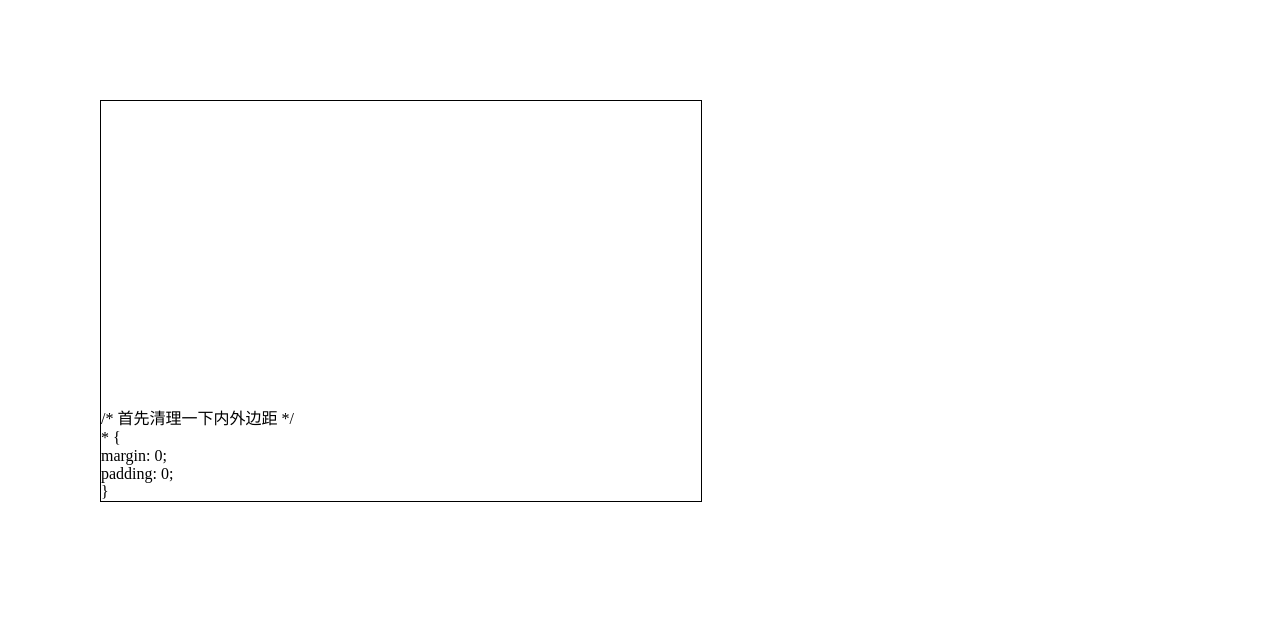
Repository: ScarApocalypse/study
Page: 一些想法/test.html
These files come from the project's save history. The page is drawn as it stood at one moment and after the next save; the edit follows.
The browser window is 1280 px wide. The pictures show the whole page.

Above is the page before, as saved 2019-08-02 17:08:27.

After the next save:
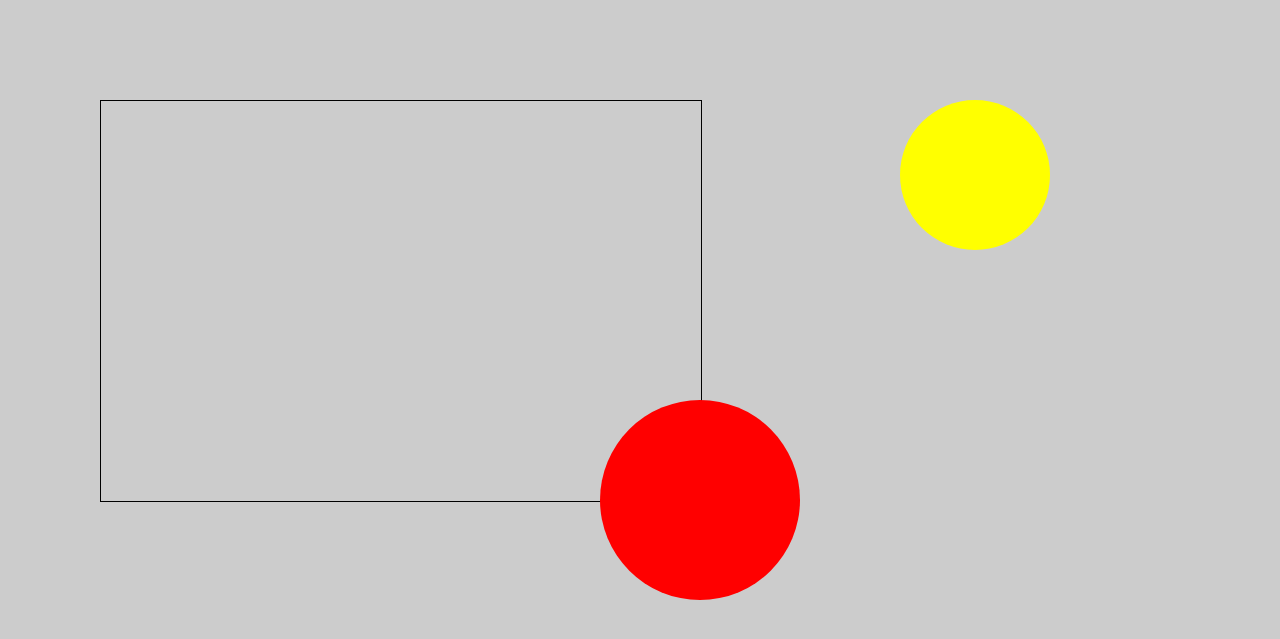
Console error: SyntaxError: missing ) after argument list
Saved 44 s later.
--- a/一些想法/test.html
+++ b/一些想法/test.html
@@ -160,12 +160,12 @@
                 // if ((str[strIndex + 15] != '}') && (str[strIndex + 15] != '.') && (str[strIndex + 15] != '/')) {
                 //     showStr += '&nbsp;&nbsp;&nbsp;&nbsp;&nbsp;'
                 // }
-                var newIndex = strIndex + 1;
-                while (1) {
-                    console.log(showStr[newIndex]);
-                    if (showStr[newIndex]) {
-                        break;
-                    }
+                // var newIndex = strIndex + 1;
+                // while (1) {
+                //     console.log(showStr[newIndex]);
+                //     if (showStr[newIndex]) {
+                //         break;
+                //     }
                 }
 
 

After the 4 saves that followed:
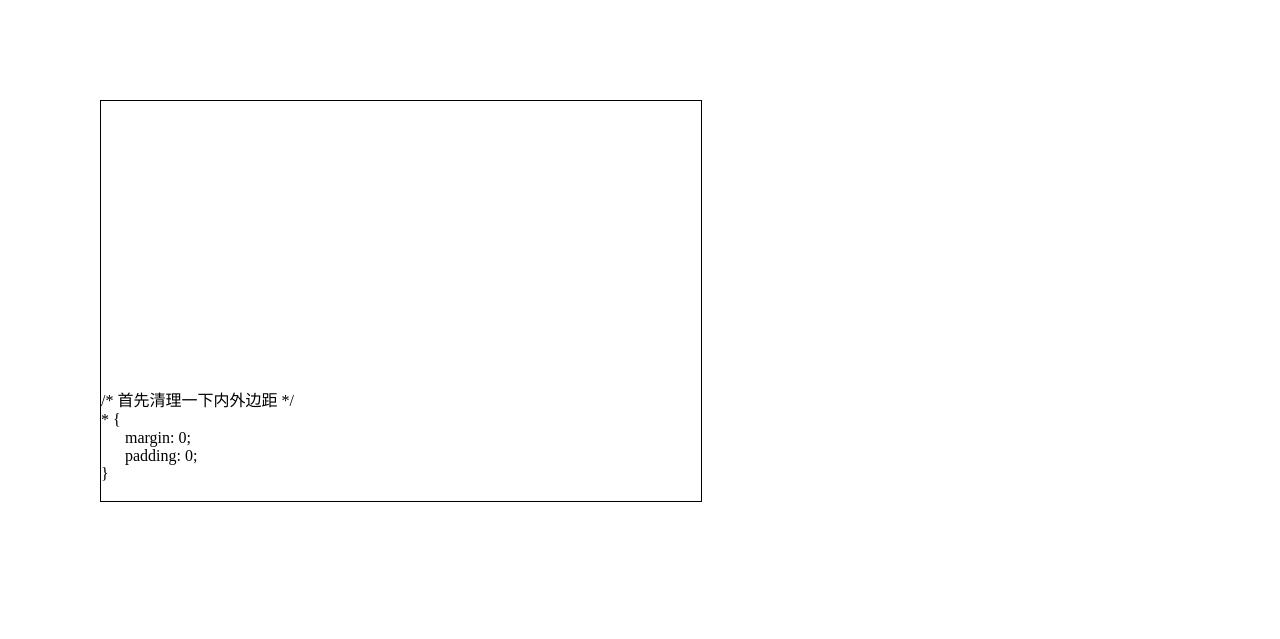
The error is gone.
The 4 saves are shown as one change because 3 left the picture as it was.
The last was saved 3 min 15 s later.
--- a/一些想法/test.html
+++ b/一些想法/test.html
@@ -138,7 +138,9 @@
         var length = str.length;
         var strIndex = 0;
         var pat = /(body&|\*\b)/;
-
+        for(var i=0;i<str.length;i++){
+            console.log(i+':'+str[i]);
+        }
 
 
         var timeOut = setInterval(() => {
@@ -157,16 +159,16 @@
             showStr += [str[strIndex]];
             if (reg.test(str[strIndex])) {
                 showStr += '<br>';
-                // if ((str[strIndex + 15] != '}') && (str[strIndex + 15] != '.') && (str[strIndex + 15] != '/')) {
-                //     showStr += '&nbsp;&nbsp;&nbsp;&nbsp;&nbsp;'
-                // }
+                if ((str[strIndex + 10] != '}') && (str[strIndex + 10] != '.') && (str[strIndex + 10] != '/')) {
+                    showStr += '&nbsp;&nbsp;&nbsp;&nbsp;&nbsp;'
+                }
                 // var newIndex = strIndex + 1;
                 // while (1) {
                 //     console.log(showStr[newIndex]);
                 //     if (showStr[newIndex]) {
                 //         break;
                 //     }
-                }
+                // }
 
 
             }
